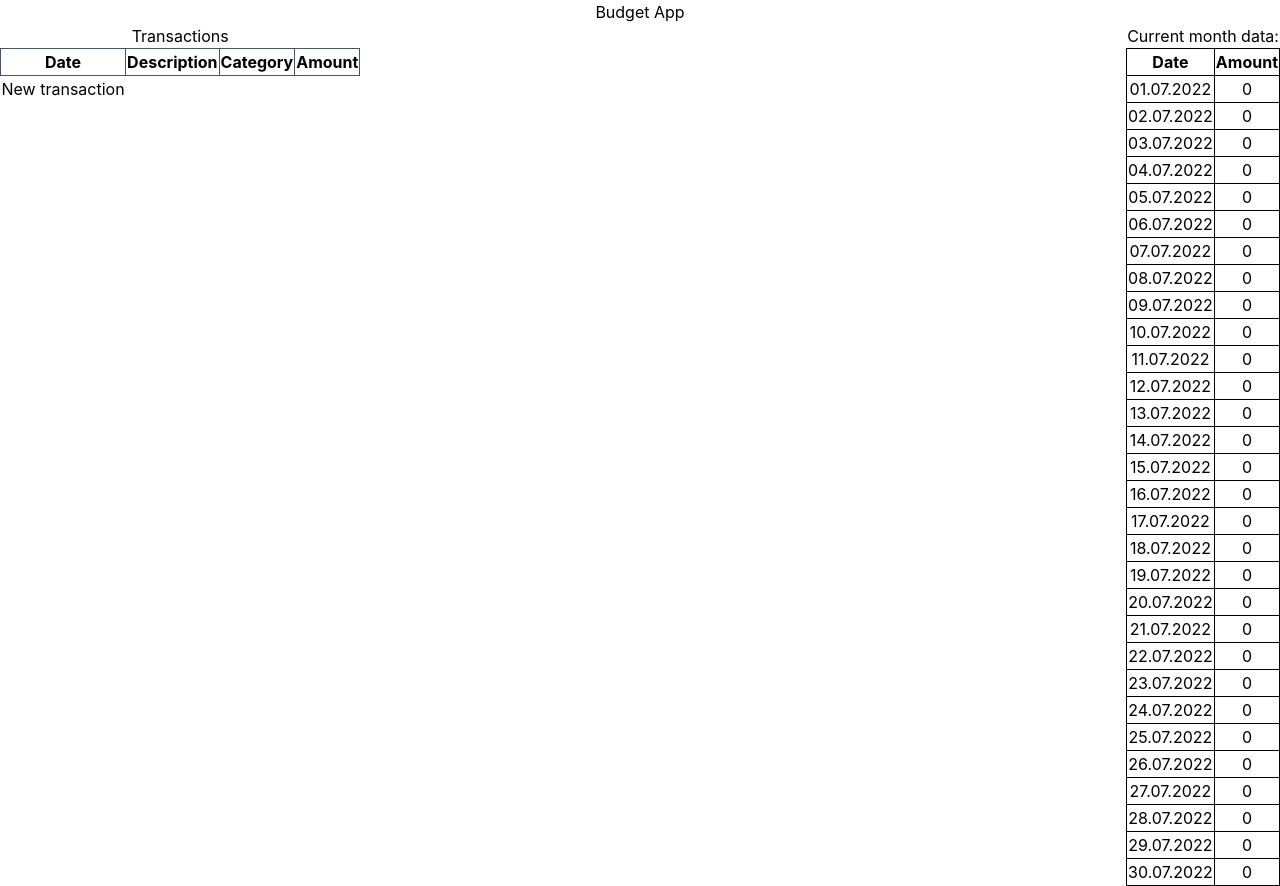
Repository: matveisch/budget-app
Page: /
The author's editor kept a copy of each file at every save. The page is drawn from the files as they stood at one save, then again after the next save.
The browser window is 1280 px wide. The pictures show the whole page.
The project was rebuilt for these pictures with package versions that can differ from the ones it lists, and the page was loaded fresh each time. Also part of the build but not shown: src/components/TransactionsList/TransactionsList.css, src/components/SingleTransaction/SingleTransaction.tsx.

Above is the page before, as saved 2022-07-21 17:53:45.

### src/App.tsx
import React, {useState} from 'react';

import './App.css';

import TransactionsList from "./components/TransactionsList/TransactionsList";
import {TransactionsContext} from "./data/TransactionsContext";
import {ListOfTransactions} from "./interface/types/Types";
import InputPopup from "./components/InputPopup/InputPopup";
import {CategoriesContext} from "./data/CategoriesContext";
import DaysSum from "./components/DaysSum/DaysSum";

function App() {
    const [transactions, setTransactions] = useState<ListOfTransactions["arrayOfObjects"]>([
        {
            id: 1,
            amount: 20,
            note: 'bread from local store',
            category: 'food',
            date: '2022-02-22'
        }
    ]);

    const [categories, setCategories] = useState(['food', 'shopping', 'groceries']);
    const [toggleInputPopup, setToggleInputPopup] = useState(false);

    return (
        <TransactionsContext.Provider value={{transactions, setTransactions}} >
            <CategoriesContext.Provider value={{categories, setCategories}} >
                <div className="App">
                    <header>
                        <h1>Budget App</h1>
                    </header>
                    <main>
                        <div id="transactions">
                            <h2>Transactions</h2>
                            <TransactionsList transactions={transactions} setToggleInputPopup={setToggleInputPopup}/>
                            <InputPopup toggleInputPopup={toggleInputPopup} setToggleInputPopup={setToggleInputPopup}/>
                        </div>
                        <div id="month-data">
                            <h2>Current month data:</h2>
                            <DaysSum />
                        </div>
                    </main>
                </div>
            </CategoriesContext.Provider>
        </TransactionsContext.Provider>
    );
}

export default App;

### src/components/TransactionsList/TransactionsList.tsx
import React, {Dispatch, SetStateAction} from 'react';

import './TransactionsList.css';

import {ListOfTransactions, Transaction} from "../../interface/types/Types";
import SingleTransaction from "../SingleTransaction/SingleTransaction";

interface TransactionsProps {
    transactions: ListOfTransactions["arrayOfObjects"];
    setToggleInputPopup: Dispatch<SetStateAction<boolean>>;
}

const TransactionsList = (props: TransactionsProps) => {
    return (
        <table id="transactions-list" className='overflow-x-auto relative'>
            <thead>
                <tr>
                    <th className='border border-slate-600'>Date</th>
                    <th className='border border-slate-600'>Description</th>
                    <th className='border border-slate-600'>Category</th>
                    <th className='border border-slate-600'>Amount</th>
                </tr>
            </thead>
            <tbody>
                {props.transactions.filter(transaction => new Date(transaction.date).getMonth() === new Date().getMonth()).map((item: Transaction, index: number) => {
                    return (
                        <SingleTransaction id={item.id} amount={item.amount} note={item.note} category={item.category} date={item.date} key={index}/>
                    )
                })}
            </tbody>
            <tfoot>
                <tr>
                    <td><button onClick={() => props.setToggleInputPopup(true)}>New transaction</button></td>
                </tr>
            </tfoot>
        </table>
    );
};

export default TransactionsList;

### src/data/TransactionsContext.tsx
import React, {createContext} from "react";

import {TransactionsContextType} from "../interface/types/Types";

export const TransactionsContext = createContext<TransactionsContextType | null>(null);

### src/components/InputPopup/InputPopup.tsx
import React, {Dispatch, SetStateAction, useContext, useEffect, useState} from 'react';

import './InputPopup.css';

import {TransactionsContext} from "../../data/TransactionsContext";
import {CategoriesContextType, Transaction, TransactionsContextType} from "../../interface/types/Types";
import Dropdown from "../../ui/Dropdown/Dropdown";
import {CategoriesContext} from "../../data/CategoriesContext";

interface InputPopupProps {
    toggleInputPopup: boolean;
    setToggleInputPopup: Dispatch<SetStateAction<boolean>>;
}

const InputPopup = (props: InputPopupProps) => {
    const { transactions, setTransactions } = useContext(TransactionsContext) as TransactionsContextType;
    const { categories, setCategories } = useContext(CategoriesContext) as CategoriesContextType;
    const [currentCategory, setCurrentCategory] = useState('');

    const [initialValues, setInitialValues] = useState({
        id: transactions.length + 1,
        amount: 0,
        note: '',
        category: '',
        date: '',
    })

    const handleDataChange = (e: React.ChangeEvent<HTMLInputElement>) => {
        const { id, value } = e.target;
        setInitialValues(prevState => ({
            ...prevState,
            [id]: value
        }));
    };

    // updating transaction id
    useEffect(() => {
        setInitialValues({...initialValues, ['id']: (transactions.length + 1)});
    }, [transactions.length])

    // updating transaction category
    useEffect(() => {
        setInitialValues({...initialValues, ['category']: currentCategory});
    }, [currentCategory]);

    const handleSave = (e: React.MouseEvent<HTMLButtonElement>) => {
        const saveData = (values: Transaction) => {
            setTransactions(current => [...current, values]);
        };

        e.preventDefault();

        // check if user filled all the inputs
        if (initialValues.amount > 0 && initialValues.note.length > 0 && initialValues.date.length > 0 && initialValues.category.length > 0) {
            saveData(initialValues);
            props.setToggleInputPopup(false);
        } else {
            console.log('fill all the inputs');
        }
    };

    return (
        <div id="input-popup" style={props.toggleInputPopup ? {display: 'block', position: 'absolute'} : {display: 'none'}}>
            <form id="input-popup__form">
                <div className="option-container">
                    <label htmlFor="date">Date:</label>
                    <input type="date" id="date" onChange={handleDataChange} value={initialValues.date}/>
                </div>
                <div className="option-container">
                    <label htmlFor="note">Description:</label>
                    <input type="text" id="note" onChange={handleDataChange} value={initialValues.note}/>
                </div>
                <Dropdown placeholder={'Categories'}
                          options={categories}
                          currentCategory={currentCategory}
                          setCurrentCategory={setCurrentCategory}/>
                <div className="option-container">
                    <label htmlFor="amount">Amount:</label>
                    <input type="number" id="amount" onChange={handleDataChange} value={initialValues.amount}/>
                </div>
                <div className="buttons">
                    <button type="submit" onClick={handleSave}>Save</button>
                    <button onClick={(e) => {e.preventDefault(); props.setToggleInputPopup(false);}}>Close</button>
                </div>
            </form>
        </div>
    );
};

export default InputPopup;

### src/data/CategoriesContext.tsx
import React, {createContext} from "react";

import {CategoriesContextType} from "../interface/types/Types";

export const CategoriesContext = createContext<CategoriesContextType | null>(null);

### src/components/DaysSum/DaysSum.tsx
import React, {useContext} from 'react';

import './DaysSum.css';

import {Transaction, TransactionsContextType} from "../../interface/types/Types";
import {TransactionsContext} from "../../data/TransactionsContext";

const DaysSum = () => {
    const { transactions, setTransactions } = useContext(TransactionsContext) as TransactionsContextType;

    // count sum of all transactions made on the exact day
    const countSum = (arr: Transaction[]) => arr.reduce((sum, {amount}) => sum + amount * 1, 0);

    const getDaysInMonth = (year: number, month: number) => {
        return new Date(year, month, 0).getDate();
    }

    const currentMonth = new Date().getMonth();
    const currentYear = new Date().getFullYear();

    const monthLongTable = () => {
        let arrayOfTr = [];

        for (let i = 0; i < getDaysInMonth(currentYear, currentMonth); i++) {
            arrayOfTr.push(
                <tr key={i}>
                    <td>{`${i + 1 > 9 ? i + 1 : `0${i + 1}`}.${currentMonth + 1 > 9 ? currentMonth + 1 : `0${currentMonth + 1}`}.${currentYear}`}</td>
                    <td>{countSum(transactions.filter(transaction => new Date(transaction.date).getDate() === i + 1 && new Date(transaction.date).getMonth() === currentMonth))}</td>
                </tr>
            )
        }

        return arrayOfTr;
    }

    return (
        <table id="days-sum">
            <thead>
                <tr>
                    <th>Date</th>
                    <th>Amount</th>
                </tr>
            </thead>
            <tbody>
                {monthLongTable()}
            </tbody>
        </table>
    );
};

export default DaysSum;

### src/components/InputPopup/InputPopup.css
#input-popup {
  background-color: white;
}
#input-popup__form {
  display: flex;
  flex-direction: column;
  align-items: start;
  gap: 5px;
  width: 300px;
  border: 1px solid;
  border-radius: 8px;
  padding: 15px;
}
#input-popup__form .option-container {
  display: flex;
  gap: 10px;
}
#input-popup__form .buttons {
  width: 100%;
  display: flex;
  justify-content: space-between;
}/*# sourceMappingURL=InputPopup.css.map */

### src/ui/Dropdown/Dropdown.tsx
import React, {Dispatch, SetStateAction, useState} from 'react';

import './Dropdown.css';
import arrow from '../../data/images/arrow-down-sign-to-navigate.png';

interface DropdownProps {
    placeholder: string;
    options: string[];
    currentCategory: string;
    setCurrentCategory: Dispatch<SetStateAction<string>>;
}

const Dropdown = (props: DropdownProps) => {
    const [dropdownToggle, setDropdownToggle] = useState(false);

    const optionClickHandler = (option: string) => {
        props.setCurrentCategory(option);
        setDropdownToggle(false);
    }

    return (
        <div className="dropdown">
            <div className="dropdown__header" onClick={() => setDropdownToggle(!dropdownToggle)}>
                {props.currentCategory.length > 0 ? props.currentCategory : props.placeholder}
                <img src={arrow} alt="" style={dropdownToggle ? {transform: 'rotate(180deg)'} : undefined}/>
            </div>
            <div className="dropdown__options-container"
                 style={dropdownToggle ? {display: 'flex'} : {display: 'none'}}>{props.options.map((option, index) => {
                return (
                    <p key={index} className="option" onClick={() => optionClickHandler(option)}>{option}</p>
                )
            })}</div>
        </div>
    );
};

export default Dropdown;

### src/components/DaysSum/DaysSum.css
#days-sum td, #days-sum th {
  border: 1px solid;
}/*# sourceMappingURL=DaysSum.css.map */

### src/ui/Dropdown/Dropdown.css
.dropdown {
  border: 1px solid;
  border-radius: 8px;
  padding: 5px;
  display: flex;
  flex-direction: column;
  gap: 5px;
}
.dropdown__header {
  display: flex;
  gap: 5px;
  justify-content: start;
  align-items: center;
  cursor: pointer;
}
.dropdown__header img {
  width: 12px;
  margin-left: 10px;
}
.dropdown__options-container {
  display: flex;
  position: absolute;
  flex-direction: column;
  align-items: start;
  gap: 5px;
}
.dropdown__options-container p {
  margin: 0;
  cursor: pointer;
}/*# sourceMappingURL=Dropdown_20220721173959.css.map */

Loaded but not shown: public/index.html (common file); src/index.tsx (common file); src/index.css (common file); src/reportWebVitals.ts (common file); src/App.css (common file); tailwind.config.js (common file)

After the next save:
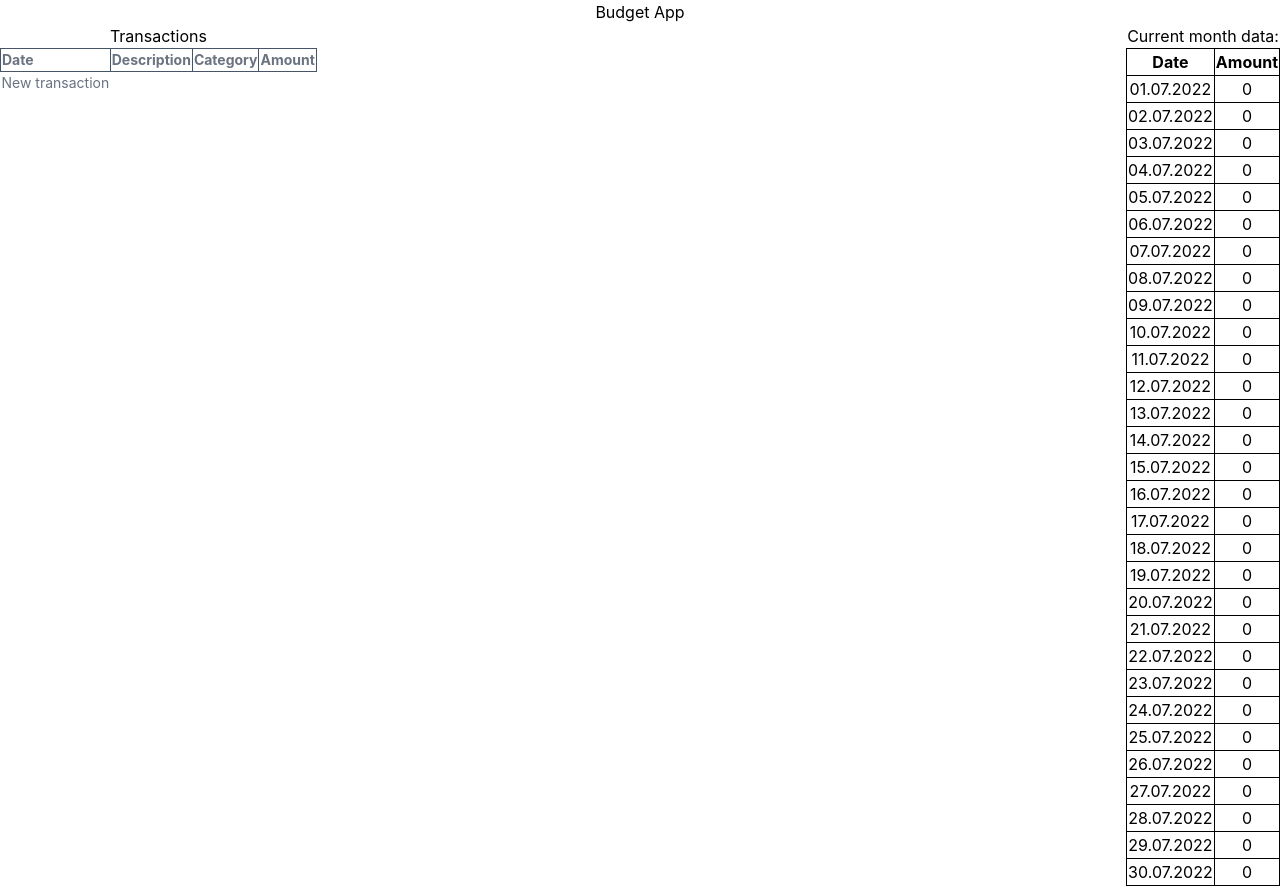
Saved 17 s later.
--- a/src/components/TransactionsList/TransactionsList.tsx
+++ b/src/components/TransactionsList/TransactionsList.tsx
@@ -12,7 +12,7 @@ interface TransactionsProps {
 
 const TransactionsList = (props: TransactionsProps) => {
     return (
-        <table id="transactions-list" className='overflow-x-auto relative'>
+        <table id="transactions-list" className='w-full text-sm text-left text-gray-500 dark:text-gray-400'>
             <thead>
                 <tr>
                     <th className='border border-slate-600'>Date</th>
